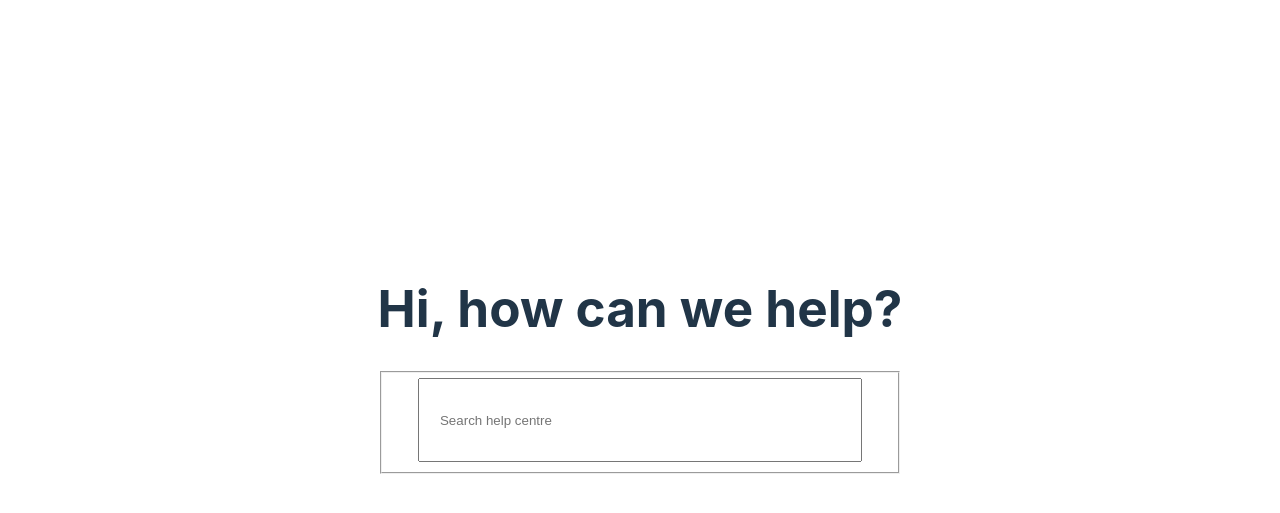
Repository: mukeshghodela-easternts/search-bar-component
Page: /
An editor plug-in stored every save of this project. The page is shown before and after the next save, followed by the edit.
The browser window is 1280 px wide. The pictures show the whole page.
The project was rebuilt for these pictures with package versions that can differ from the ones it lists, and the page was loaded fresh each time. Also part of the build but not shown: vite.config.ts.

Above is the page before, as saved 2023-03-22 12:56:49.

After the next save:
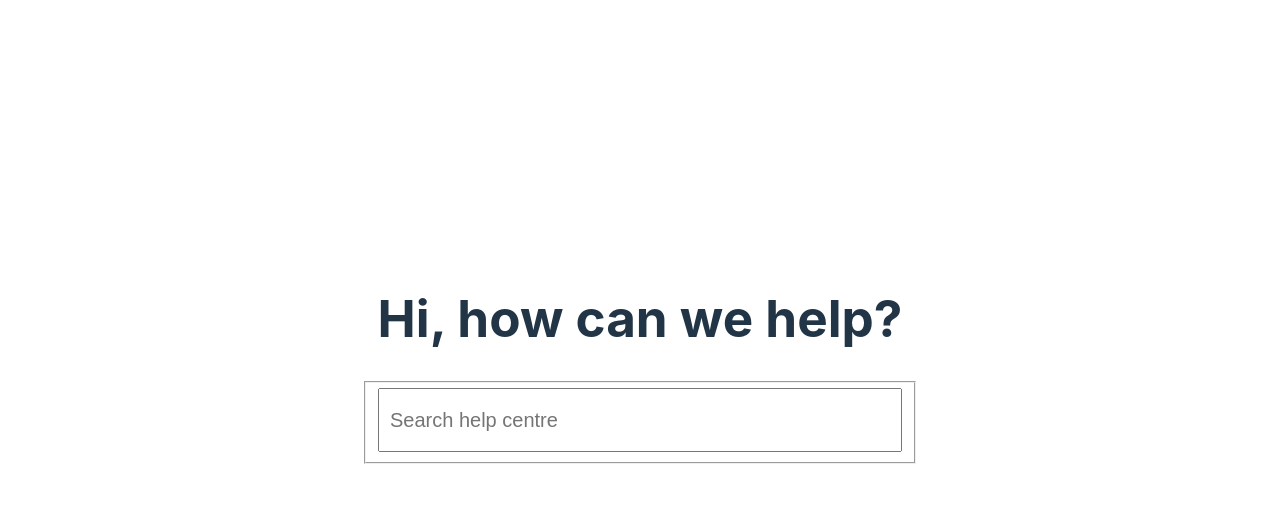
Saved 72 s later.
--- a/src/App.css
+++ b/src/App.css
@@ -34,9 +34,10 @@
 }
 
 .m-searchWidget input{
-    width: 400px;
+  width: 500px;
     height: 40px;
-    padding: 20px 20px;
+    padding: 10px 10px;
+    font-size: 20px;
 }
 
 .card {
